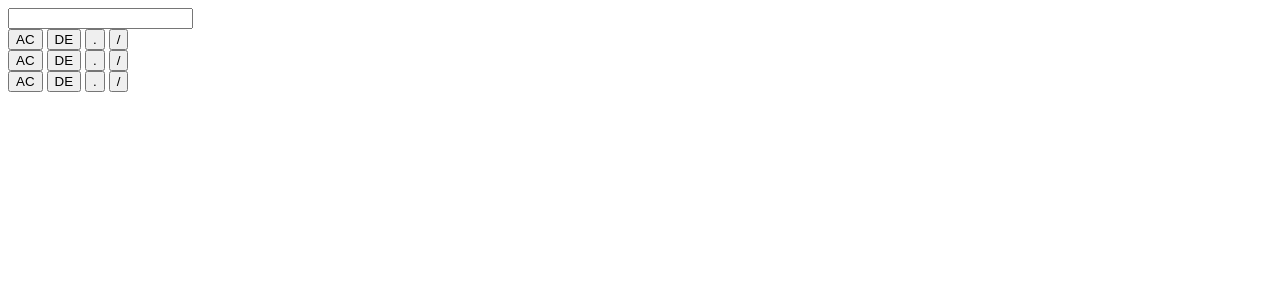
Repository: jerrys-arch/web-calculator
Page: indwx.html
These files come from the project's save history. The page is drawn as it stood at one moment and after the next save; the edit follows.
The browser window is 1280 px wide. The pictures show the whole page.

Above is the page before, as saved 2024-11-30 04:48:56.

### indwx.html
<!DOCTYPE html>
<html lang="en">
<head>
    <meta charset="UTF-8">
    <meta name="viewport" content="width=device-width, initial-scale=1.0">
    <title>calculator</title>
</head>
<body>
    <div class="container">
        <div class="calculator">
            <div class="display">
                <input id="display" type="text">
            </div>
            <div>
                <input type="button" value="AC">
                <input type="button" value="DE">
                <input type="button" value=".">
                <input type="button" value="/">
            </div>
            <div>
                <input type="button" value="AC">
                <input type="button" value="DE">
                <input type="button" value=".">
                <input type="button" value="/">
            </div>
            <div>
                <input type="button" value="AC">
                <input type="button" value="DE">
                <input type="button" value=".">
                <input type="button" value="/">
            </div>
        </div>
    </div>
</body>
</html>

After the next save:
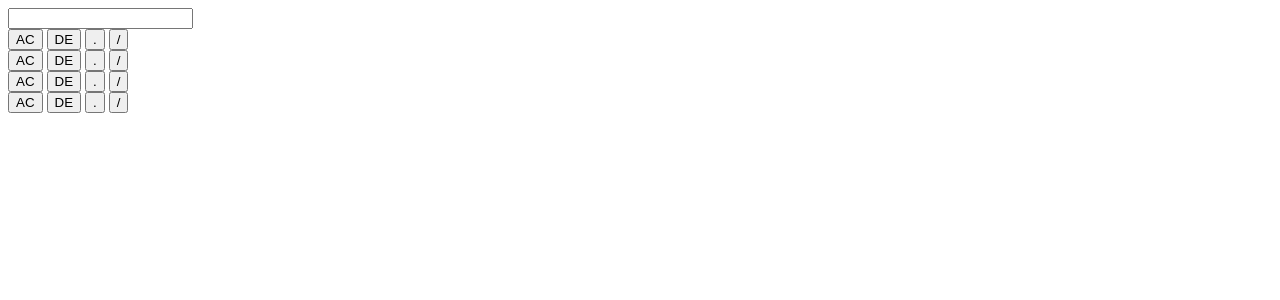
Saved 7 s later.
--- a/indwx.html
+++ b/indwx.html
@@ -29,6 +29,12 @@
                 <input type="button" value=".">
                 <input type="button" value="/">
             </div>
+            <div>
+                <input type="button" value="AC">
+                <input type="button" value="DE">
+                <input type="button" value=".">
+                <input type="button" value="/">
+            </div>
         </div>
     </div>
 </body>
